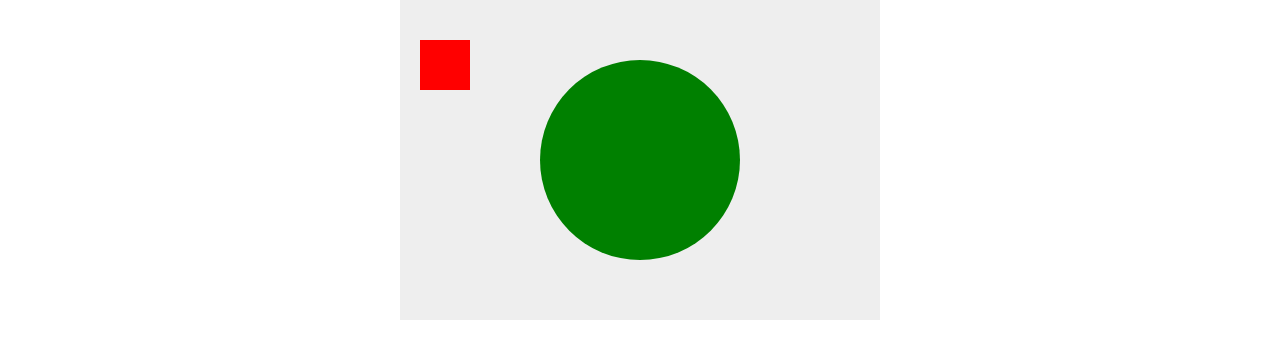
Repository: hara-PG/javascript_operation
Page: block_game/index.html
These files come from the project's save history. The page is drawn as it stood at one moment and after the next save; the edit follows.
The browser window is 1280 px wide. The pictures show the whole page.

Above is the page before, as saved 2022-06-21 15:44:20.

### block_game/index.html
<!DOCTYPE html>
<html lang="ja">
  <head>
    <meta charset="UTF-8" />
    <meta http-equiv="X-UA-Compatible" content="IE=edge" />
    <meta name="viewport" content="width=device-width, initial-scale=1.0" />
    <title>Game Canvas Workshop</title>
    <link rel="stylesheet" href="style.css" />
  </head>
  <body>
    <canvas id="myCanvas" width="480" height="320"></canvas>

    <script type="text/javascript" src="game.js"></script>
  </body>
</html>

### block_game/style.css
* {
  padding: 0;
  margin: 0;
}
canvas {
  background: #eee;
  display: block;
  margin: auto;
}

### block_game/game.js
var canvas = document.getElementById("myCanvas"); // DOMでidの要素を変数canvasに代入
var ctx = canvas.getContext("2d");

ctx.beginPath();
ctx.rect(20, 40, 50, 50);
ctx.fillStyle = "#FF0000";
ctx.fill();
ctx.closePath();

ctx.beginPath();
ctx.arc(240, 160, 100, 0, Math.PI * 2, false);
ctx.fillStyle = "green";
ctx.fill();
ctx.closePath();

After the next save:
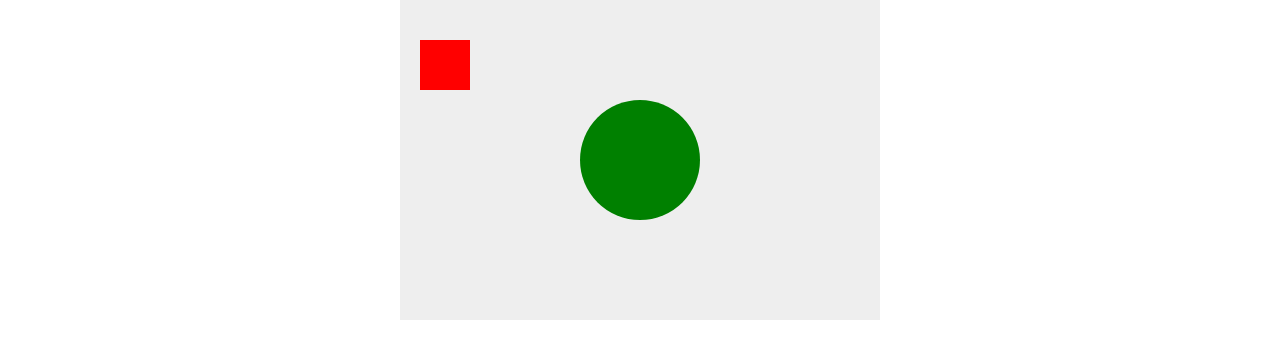
Saved 7 s later.
--- a/block_game/game.js
+++ b/block_game/game.js
@@ -8,7 +8,7 @@ ctx.fill();
 ctx.closePath();
 
 ctx.beginPath();
-ctx.arc(240, 160, 100, 0, Math.PI * 2, false);
+ctx.arc(240, 160, 60, 0, Math.PI * 2, false);
 ctx.fillStyle = "green";
 ctx.fill();
 ctx.closePath();
